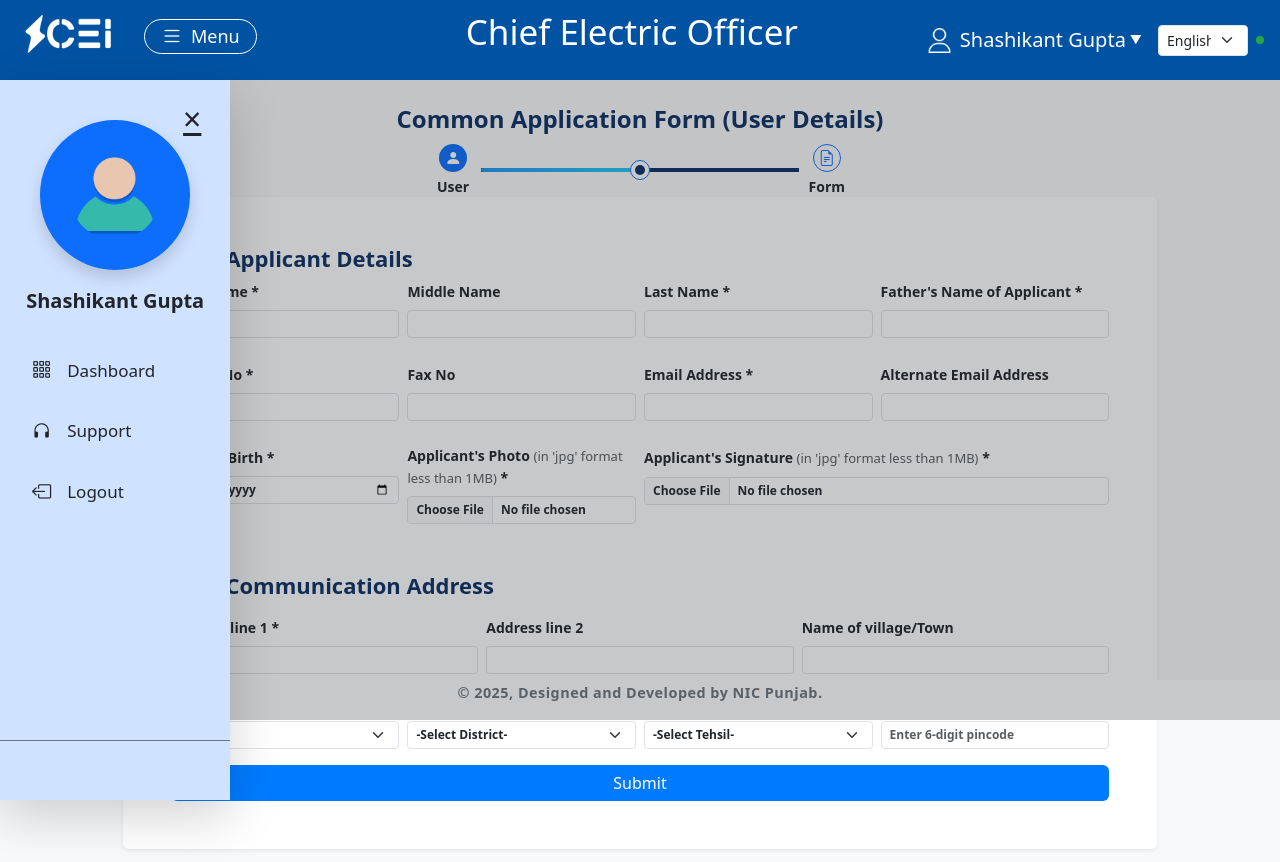
Repository: shashikantdev93-gif/CEI-sept
Page: /RegisterationForm, after clicking the first element matching `button.btn`
These files come from the project's save history. The page is drawn as it stood at one moment and after the next save; the edit follows.
The browser window is 1280 px wide. The pictures show the whole page.
The page's requests for data from a server got no answer. The project was rebuilt for these pictures with package versions that can differ from the ones it lists, and the page was loaded fresh each time. No one was signed in, and anything a server would have sent is missing. Also part of the build but not shown: vite.config.ts, src/components/PageComponent/Header2.tsx, src/components/PageComponent/PageHeader.tsx, src/components/Illustration/Illustration.tsx, src/components/CardContainer/CardContainer.tsx, src/hooks/useFormValidation.ts, src/hooks/useCaptcha.ts, src/hooks/useSignupValidation.ts and 6 more. Imported but missing from the stored project, and not drawn on this page: src/components/ui.

Above is the page before, as saved 2025-07-28 08:45:57.

### src/index.css
:root {
  font-family: Inter, -apple-system, BlinkMacSystemFont, "Segoe UI", Roboto, "Helvetica Neue", Arial, sans-serif, "Apple Color Emoji", "Segoe UI Emoji", "Segoe UI Symbol";
  line-height: 1.5;
  font-weight: 400;

  color-scheme: light dark;
  color: rgba(255, 255, 255, 0.87);
  background-color: #242424;

  font-synthesis: none;
  text-rendering: optimizeLegibility;
  -webkit-font-smoothing: antialiased;
  -moz-osx-font-smoothing: grayscale;
}

a {
  font-weight: 500;
  color: #646cff;
  text-decoration: inherit;
}
a:hover {
  color: #535bf2;
}

/* Global Reset */
*, *::before, *::after {
  margin: 0;
  padding: 0;
  box-sizing: border-box;
}

html, body {
  margin: 0;
  padding: 0;
  width: 100%;
  height: 100%;
}

body {
  margin: 0;
  padding: 0;
}

h1 {
  font-size: 3.2em;
  line-height: 1.1;
}

button {
  border-radius: 8px;
  border: 1px solid transparent;
  padding: 0.6em 1.2em;
  font-size: 1em;
  font-weight: 500;
  font-family: inherit;
  background-color: #1a1a1a;
  cursor: pointer;
  transition: border-color 0.25s;
}
button:hover {
  border-color: #646cff;
}
button:focus,
button:focus-visible {
  outline: 4px auto -webkit-focus-ring-color;
}

@media (prefers-color-scheme: light) {
  :root {
    color: #213547;
    background-color: #ffffff;
  }
  a:hover {
    color: #747bff;
  }
  button {
    background-color: #f9f9f9;
  }
}

### src/App.tsx
import Router from "./router/router";
import './App.css'
import './styles/main.css'
import "bootstrap-icons/font/bootstrap-icons.css";

function App() {

  return <Router />;

}

export default App

### src/router/router.tsx

import { BrowserRouter as Router, Routes, Route } from "react-router-dom";
import BaseLayout from "../layouts/BaseLayout";
import Login from "../pages/login/login";
import Signup from "../pages/signup/signup";
import Register from "../pages/register/register";


const RouterPage = () => (
  <Router>
    <Routes>
      <Route path="/" element={<Login />} />
      <Route path="/login" element={<Login />} />
      <Route path="/signup" element={<Signup />} />
      <Route
        path="/RegisterationForm"
        element={
          <BaseLayout headerType="Header1">
            <Register />
          </BaseLayout>
        }
      />
    </Routes>
  </Router>
);

export default RouterPage;

### src/App.css
#root {
  margin: 0;
  padding: 0;
  width: 100%;
  height: 100%;
}

.logo {
  height: 6em;
  padding: 1.5em;
  will-change: filter;
  transition: filter 300ms;
}
.logo:hover {
  filter: drop-shadow(0 0 2em #646cffaa);
}
.logo.react:hover {
  filter: drop-shadow(0 0 2em #61dafbaa);
}

@keyframes logo-spin {
  from {
    transform: rotate(0deg);
  }
  to {
    transform: rotate(360deg);
  }
}

@media (prefers-reduced-motion: no-preference) {
  a:nth-of-type(2) .logo {
    animation: logo-spin infinite 20s linear;
  }
}

.card {
  padding: 2em;
}

.read-the-docs {
  color: #888;
}

### src/layouts/BaseLayout.tsx
import React from 'react';
import Header1 from '../components/PageComponent/Header1';
import Header2 from '../components/PageComponent/Header2';

type HeaderType = 'Header1' | 'Header2' | 'none';

interface BaseLayoutProps {
  headerType?: HeaderType;
  children: React.ReactNode;
}

const BaseLayout: React.FC<BaseLayoutProps> = ({ headerType = 'Header1', children }) => {
  const headers: Record<Exclude<HeaderType, 'none'>, React.ReactElement> = {
    Header1: <Header1 />,
    Header2: <Header2 />,
  };

  return (
    <>
      {headerType !== 'none' && headers[headerType]}
      <main>{children}</main>
    </>
  );
};

export default BaseLayout;

### src/components/PageComponent/Header1.tsx
'use client';
import React, { useState, useRef, useEffect } from 'react';
import Sidebar from './Sidebar';
import { useAuth } from '../../hooks/useAuth';
import { ToastService } from '../../utils';
import Logo from '../Logo/Logo';

const user = {
  name: 'Shashikant Gupta',
  profileImg: '/assets/images/user-icon.png',
};

const Header1: React.FC = () => {
  const [sidebarOpen, setSidebarOpen] = useState(false);
  const [dropdownOpen, setDropdownOpen] = useState(false);
  const dropdownRef = useRef<HTMLDivElement>(null);
  const { logout } = useAuth();

  const handleLogout = async () => {
    try {
      await logout();
      ToastService.success('Logged out successfully!');
    } catch (error) {
      ToastService.error('Logout failed. Please try again.');
    }
  };

  useEffect(() => {
    function handleClickOutside(event: MouseEvent) {
      if (dropdownRef.current && !dropdownRef.current.contains(event.target as Node)) {
        setDropdownOpen(false);
      }
    }
    if (dropdownOpen) {
      document.addEventListener('mousedown', handleClickOutside);
    } else {
      document.removeEventListener('mousedown', handleClickOutside);
    }
    return () => {
      document.removeEventListener('mousedown', handleClickOutside);
    };
  }, [dropdownOpen]);

  return (
    <>
      {sidebarOpen && <Sidebar isOpen={sidebarOpen} onClose={() => setSidebarOpen(false)} onLogout={handleLogout} />}
      <header className="position-fixed top-0 w-100 d-flex align-items-center px-3" style={{ height: 80, backgroundColor: '#0052a3', zIndex: 1000 }}>

        {/* Left: Logo & Title */}
        <div className="d-flex align-items-center flex-grow-1">
          <div className="d-flex align-items-center justify-content-between mb-2" style={{ minWidth: '80px', width: '80px' }} >
              <div className="d-flex align-items-center">
                <div className="header-logo-box me-3" style={{ display: 'flex', alignItems: 'center', backgroundColor: '#0052a3', borderRadius: '8px',width: '80px',minWidth: '80px', height: '50px' }}>
                  <Logo title="" subtitle="" titleColor="#fff" subtitleColor="#fff" />
                </div>
              </div>

              <div style={{ width: '150px' }}></div> {/* Spacer to balance the layout */}
            </div>

          {/* Sidebar Icon */}
         <button
            className="btn d-flex align-items-center mb-2 gap-2 px-3 py-0 ms-5 border border-white rounded-pill bg-transparent text-white"
            style={{ fontWeight: 500, fontSize: 18, minWidth: 90}}
            onClick={() => setSidebarOpen(true)}
            aria-label="Open sidebar"
          >
            <i className="bi bi-list" style={{ fontSize: 22 }}></i>
            <span>Menu</span>
          </button>
        </div>

        {/* Center: Title */}
        <div className="flex-grow-1 ms-5">
             <div className="title-box me-3 ms-5 fw-bold" >
                  <h4 style={{ color: '#fff', fontSize: "35px", height: "50px", }}>Chief Electric Officer</h4>
                </div>
        </div>

        {/* Right: Profile & Language */}
        <div className="d-flex align-items-center gap-3">

          {/* Profile Info */}
          <div className="d-flex align-items-center position-relative" ref={dropdownRef} style={{ cursor: 'pointer' }} onClick={() => setDropdownOpen((v) => !v)}>
            <img
              src={user.profileImg}
              alt="Profile Icon"
              style={{
                width: 25,
                height: 25,
                objectFit: 'contain',
                filter: 'brightness(2) invert(1)'
              }}
              className="me-2"
            />
            <span className="text-white fw-medium" style={{ fontSize: 20 }}>
              {user.name}
            </span>
            <span className="ms-1 text-white" style={{ fontSize: 12 }}>▼</span>
            {dropdownOpen && (
              <div className="position-absolute end-0 mt-2 bg-white rounded shadow" style={{ minWidth: 160, zIndex: 100, top: '100%' }}>
                <div className="d-flex align-items-center gap-2 px-3 py-2 dropdown-item" style={{ cursor: 'pointer' }}>
                  <img src="/assets/images/view_pass.png" alt="Change Password" style={{ width: 20, height: 20, objectFit: 'contain' }} />
                  <span className="text-dark">Change Password</span>
                </div>
                <div className="d-flex align-items-center gap-2 px-3 py-2 dropdown-item" style={{ cursor: 'pointer' }} onClick={handleLogout}>
                  <img src="/assets/images/logout-icon.svg" alt="Logout" style={{ width: 18, height: 18, objectFit: 'contain' }} />
                  <span className="text-dark">Logout</span>
                </div>
              </div>
            )}
          </div>
          {/* Language & Status */}
          <div className="d-flex align-items-center gap-2">
            <select className="form-select form-select-sm" defaultValue="en" style={{ width: 90 }}>
              <option value="en">English</option>
              <option value="pn">ਪੰਜਾਬੀ</option>
            </select>
            <span style={{
              width: 8,
              height: 8,
              backgroundColor: '#28a745',
              borderRadius: '50%',
              display: 'inline-block'
            }}></span>
          </div>
        </div>
      </header>
    </>
  );
};

export default Header1;

### src/components/Logo/Logo.tsx
import React from "react";

interface LogoProps {
  title?: string;
  subtitle?: string;
  titleColor?: string;
}

const Logo: React.FC<LogoProps & { subtitleColor?: string }> = ({
  title = "Chief Electric ",
  subtitle = "Inspector",
  titleColor = "#0c3064",
  subtitleColor = "#0c3064",
}) => {
  return (
    <div className="mb-4 d-flex align-items-center">
      <img
        src="/assets/images/cei_logo.jpg"
        alt="Logo"
        style={{ height: "40px", width: "90px", marginTop: "20px", marginLeft: "8px" }}
      />
      <span className="fw-bold" style={{ fontSize: "27px", height: "30px", marginTop: "10px", marginLeft: "25px", color: titleColor, whiteSpace: "nowrap" }}>
        {title} <span style={{ color: subtitleColor }}>{subtitle}</span>
      </span>
    </div>
  );
};

export default Logo;

### src/components/Footer/Footer.tsx
import React from "react";

interface FooterProps {
  text?: string;
}

const Footer: React.FC<FooterProps> = ({
  text = "© 2025, Designed and Developed by NIC Punjab."
}) => {
  return (
    <div className="position-fixed bottom-0 w-100 text-center pb-3 bg-white" style={{ left: 0 }}>
      <span style={{ fontSize: '.9em', fontWeight: 800, color: '#6c757d', letterSpacing: '0.5px' }}>
        {text}
      </span>
    </div>
  );
};

export default Footer;

### src/components/PageComponent/Sidebar.tsx
"use client";
import '../../styles/sidebar-zoom.css';
import React from 'react';

interface SidebarProps {
  isOpen: boolean;
  onClose: () => void;
  onLogout: () => Promise<void>;
}

const user = {
  name: 'Shashikant Gupta',
  profileImg: '/assets/images/user-png-33857.png',
};

const Sidebar: React.FC<SidebarProps> = ({ isOpen, onClose, onLogout }) => {
  const handleLogoutClick = async () => {
    onClose();
    await onLogout();
  };

  return (
    <>
      {/* Overlay */}
      <div
        className={`position-fixed top-0 start-0 w-100 h-100 bg-dark bg-opacity-25 ${isOpen ? '' : 'd-none'}`}
        style={{ zIndex: 1000 }}
        onClick={onClose}
      ></div>

      {/* Sidebar */}
      <aside
        className={`position-fixed start-0 h-100 text-dark shadow-lg d-flex flex-column`}
        style={{
          top: '80px',
          height: 'calc(100vh - 80px)',
          width: '18vw',
          maxWidth: 320,
          backgroundColor: '#cfe2ff',
          transform: isOpen ? 'translateX(0)' : 'translateX(-100%)',
          transition: 'transform 0.3s',
          zIndex: 1001,
        }}
      >
        {/* Close Button */}
        <button
          className="btn btn-link text-dark fs-2 position-absolute top-0 end-0 mt-2 me-3"
          onClick={onClose}
          style={{ zIndex: 1002 }}
        >
          ×
        </button>

        {/* Profile Section */}
        <div className="d-flex flex-column align-items-center mt-3 py-4">
          <div className="rounded-circle bg-primary shadow d-flex align-items-center justify-content-center mb-2" style={{ width: 150, height: 150 }}>
            <img
              src={user.profileImg}
              alt="User Profile"
              width={90}
              height={90}
              className="rounded-circle"
              style={{ objectFit: 'cover', background: 'transparent' }}
            />
          </div>
          <div className="fw-semibold text-dark mt-2" style={{ fontSize: 20 }}>
            {user.name}
          </div>
        </div>

        {/* Menu Section */}
        <div className="flex-grow-1 px-3">
          {/* Dashboard */}
          <div className="d-flex align-items-center gap-3 px-3 py-3 rounded bg-transparent menu-item sidebar-zoom-text">
            <i className="bi bi-grid-3x3-gap" style={{ fontSize: '1.2rem' }}></i>
            <span className="fw-medium" style={{ fontSize: 17 }}>Dashboard</span>
          </div>

          {/* Support */}
          <div className="d-flex align-items-center gap-3 px-3 py-3 rounded bg-transparent menu-item sidebar-zoom-text">
            <i className="bi bi-headphones" style={{ fontSize: '1.2rem' }}></i>
            <span className="fw-medium" style={{ fontSize: 17 }}>Support</span>
          </div>

          {/* Logout */}
          <div
            className="d-flex align-items-center gap-3 px-3 py-3 rounded bg-transparent menu-item sidebar-zoom-text"
            style={{ cursor: 'pointer' }}
            onClick={handleLogoutClick}
          >
            <i className="bi bi-box-arrow-left" style={{ fontSize: '1.2rem' }}></i>
            <span className="fw-medium" style={{ fontSize: 17 }}>Logout</span>
          </div>
        </div>

        {/* Bottom Row */}
        <div className="d-flex align-items-center border-top border-secondary px-3" style={{ height: 60 }}>
          {/* Add any bottom content here */}
        </div>
      </aside>
    </>
  );
};

export default Sidebar;

### src/utils/index.ts
export { default as authService } from './authService';
export * from './validators';
export * from './navigation';

### src/styles/sidebar-zoom.css
/* Sidebar text zoom effect */
.sidebar-zoom-text {
  transition: transform 0.2s cubic-bezier(0.4,0,0.2,1);
  display: inline-block;
}
.sidebar-zoom-text:hover {
  transform: scale(1.15);
}

### src/lib/index.ts
export { default as encryptionService } from './encryptionService';
export { default as API_CONFIG } from './config';

### src/utils/validators.ts

export interface ValidationResult {
  isValid: boolean;
  error?: string;
}

export class FormValidators {

  static required(value: string): ValidationResult {
    if (!value || value.trim().length === 0) {
      return {
        isValid: false,
        error: 'This field is required',
      };
    }
    return { isValid: true };
  }

static minLength(value: string, min: number): ValidationResult {
    if (value.length < min) {
      return {
        isValid: false,
        error: `Minimum length is ${min} characters`,
      };
    }
    return { isValid: true };
  }

static maxLength(value: string, max: number): ValidationResult {
    if (value.length > max) {
      return {
        isValid: false,
        error: `Maximum length is ${max} characters`,
      };
    }
    return { isValid: true };
  }

static email(value: string): ValidationResult {
    const emailRegex = /^[^\s@]+@[^\s@]+\.[^\s@]+$/;
    if (!emailRegex.test(value)) {
      return {
        isValid: false,
        error: 'Please enter a valid email address',
      };
    }
    return { isValid: true };
  }

static noSpaces(value: string): ValidationResult {
    const hasSpace = /\s/.test(value);
    if (hasSpace) {
      return {
        isValid: false,
        error: 'Spaces are not allowed',
      };
    }
    return { isValid: true };
  }

static username(value: string): ValidationResult {
    const requiredCheck = this.required(value);
    if (!requiredCheck.isValid) return requiredCheck;

    const minLengthCheck = this.minLength(value, 3);
    if (!minLengthCheck.isValid) return minLengthCheck;

    return { isValid: true };
  }

static password(value: string): ValidationResult {
    const requiredCheck = this.required(value);
    if (!requiredCheck.isValid) return requiredCheck;

    const minLengthCheck = this.minLength(value, 6);
    if (!minLengthCheck.isValid) return minLengthCheck;

    return { isValid: true };
  }

static captcha(value: string): ValidationResult {
    const requiredCheck = this.required(value);
    if (!requiredCheck.isValid) return requiredCheck;

    const lengthCheck = this.minLength(value, 4);
    if (!lengthCheck.isValid) return lengthCheck;

    const maxLengthCheck = this.maxLength(value, 4);
    if (!maxLengthCheck.isValid) return maxLengthCheck;

    return { isValid: true };
  }
}

### src/utils/navigation.ts

import type{ RoleName } from '../types';
import toast from 'react-hot-toast';

export class NavigationService {

  static getDashboardRoute(roleName: RoleName): string {
    let route: string;

    switch (roleName) {
      case 'CONS':
        route = '/dashboard';
        break;
      case 'XEN':
      case 'SUPP':
      case 'SDO':
      case 'CEI':
      case 'SUPT':
      case 'NDOF':
      case 'CLRK':
        route = '/dashboard/officer-dashboard';
        break;
      case 'ADMN':
        route = '/dashboard/admin-dashboard';
        break;
      case 'LICS':
        route = '/dashboard/license-dashboard';
        break;
      default:
        route = '/dashboard';
        break;
    }

    return route;
  }

static checkUserProfileStatus(userProfileId: string, projectSiteId: string, roleName: RoleName): string | null {
    console.log('NavigationService.checkUserProfileStatus called with:');
    console.log('  - userProfileId:', userProfileId, 'type:', typeof userProfileId);
    console.log('  - projectSiteId:', projectSiteId, 'type:', typeof projectSiteId);
    console.log('  - roleName:', roleName);

    // Only redirect to registration form if userProfileId is "0"
    if (userProfileId === "0") {
      const route = '/CommonApplicationFormUserDetails';
      console.log('NavigationService - userProfileId is "0", returning registration route:', route);
      return route;
    }

    if (userProfileId !== "0" && projectSiteId === "0") {
      const route = '/CommonApplicationFormEstablished';
      console.log('NavigationService - userProfileId filled but projectSiteId is "0", returning established form route:', route);
      return route;
    }

    // For all other cases, return null to allow normal navigation
    console.log('NavigationService - userProfileId is not "0", allowing normal navigation');
    return null;
  }
}
export class ToastService {
  static success(message: string): void {
    toast.success(message, {
      duration: 3000,
      position: 'top-right',
    });
  }

  static error(message: string): void {
    toast.error(message, {
      duration: 4000,
      position: 'top-right',
    });
  }

  static warning(message: string): void {
    toast(message, {
      icon: '⚠️',
      duration: 3000,
      position: 'top-right',
    });
  }

  static info(message: string): void {
    toast(message, {
      icon: 'ℹ️',
      duration: 3000,
      position: 'top-right',
    });
  }
}

### src/lib/encryptionService.ts
import * as forge from 'node-forge';
import * as CryptoJS from 'crypto-js';

class EncryptionService {
  private publicKeyPem: string;
  private ki: string;
  private iv: string;

  constructor() {
    this.publicKeyPem = `-----BEGIN PUBLIC KEY-----
MIIBIjANBgkqhkiG9w0BAQEFAAOCAQ8AMIIBCgKCAQEAwjsOR/w7ExDCRyZyrGVW
xkiJDBaIoNHYABOnpctmmcKA+G0oEWsBhOsmI98Tsx6w47Bwokc43aulzyw2phiV
h0+lU+kno9mnrxzfRCJWwknK7tfkY2ZfkizyLJZQljqX4o7r14y5BAEMgUWiN3Xt
Vrs0fgyw954To+G/803gsaaodbr4CVUDOaLnWAn3mjSKLfU3cK9Bug59AObhcwsM
lVKA72JF2wC4IERMGgCbRjgISSjpLmaEmF8IOLfFneQY+8QDlu80ob7mA/JV74dD
vr7UlGZ+bwKx6rz7Mg7nWRUvgR5RKsZh/muyeVi4pBwuAlehblQ9FnjR6YM/4eB1
+QIDAQAB
-----END PUBLIC KEY-----`;

    this.ki = 'ruX(aPP4X1sL9LnvA2M^a$K17mKZS6LC';
    this.iv = 'VcHa4Mn*gUvDujnN';
  }

setForm(data: string): { encryptedData1: string, encryptedData2: string, encryptedData3: string } {
    const aesKey = forge.random.getBytesSync(32);
    const iv = forge.random.getBytesSync(16);
    const cipher = forge.cipher.createCipher('AES-CBC', aesKey);
    cipher.start({ iv: iv });
    cipher.update(forge.util.createBuffer(data, 'utf8'));
    cipher.finish();
    const encryptedData1 = forge.util.encode64(cipher.output.getBytes());
    const rsa = forge.pki.publicKeyFromPem(this.publicKeyPem);
    const encryptedData2 = forge.util.encode64(rsa.encrypt(aesKey, 'RSA-OAEP', { md: forge.md.sha256.create() }));
    const encryptedData3 = forge.util.encode64(iv);
    const result = { encryptedData1, encryptedData2, encryptedData3 };
    return result;
  }

set(value: string): string {
    const key = CryptoJS.enc.Utf8.parse(this.ki);
    const iv = CryptoJS.enc.Utf8.parse(this.iv);
    const encrypted = CryptoJS.AES.encrypt(
      CryptoJS.enc.Utf8.parse(value.toString()),
      key,
      {
        keySize: 128 / 8,
        iv: iv,
        mode: CryptoJS.mode.CBC,
        padding: CryptoJS.pad.Pkcs7,
      }
    );

    const result = encrypted.toString();
    return result;
  }

get(value: string): string {
    const key = CryptoJS.enc.Utf8.parse(this.ki);
    const iv = CryptoJS.enc.Utf8.parse(this.iv);
    const decrypted = CryptoJS.AES.decrypt(value, key, {
      keySize: 128 / 8,
      iv: iv,
      mode: CryptoJS.mode.CBC,
      padding: CryptoJS.pad.Pkcs7,
    });

    const result = decrypted.toString(CryptoJS.enc.Utf8);
    return result;
  }

decrypt(value: string): string {
    return this.get(value);
  }

encrypt(value: string): string {
    return this.set(value);
  }

debugEncryption = (value: string) => {
const encrypted = this.set(value);
console.log('🔐 [ENCRYPTION-DEBUG] Input:', value);
console.log('🔐 [ENCRYPTION-DEBUG] Output:', encrypted);
console.log('🔐 [ENCRYPTION-DEBUG] Output length:', encrypted.length);
console.log('🔐 [ENCRYPTION-DEBUG] Contains Base64 chars:', /[+/=]/.test(encrypted));
return encrypted;
};

}


const encryptionService = new EncryptionService();

export default encryptionService;

### src/lib/config.ts

const API_CONFIG = {
  BASE_URL: import.meta.env.VITE_API_URL || 'http://localhost:5143/api',

  ENDPOINTS: {
    AUTH: {
      LOGIN: '/Auth/Login',
      CAPTCHA: '/Auth/GetCaptchaImage',
      LOGOUT: '/Auth/Logout',
      REFRESH_TOKEN: '/Auth/RefreshToken',
    },
    USER: {
      PROFILE: '/User/Profile',
      UPDATE_PROFILE: '/User/UpdateProfile',
    },
  },

  TIMEOUT: 30000,

  DEFAULT_HEADERS: {
    'Content-Type': 'application/json',
    'Accept': 'application/json',
  },
};

export default API_CONFIG;

Loaded but not shown: index.html (common file); src/main.tsx (common file); src/pages/register/register.tsx (298 lines, source omitted); src/lib/interceptor.ts (340 lines, source omitted); src/hooks/useAuth.ts (214 lines, source omitted); src/styles/main.css (310 lines, source omitted); src/utils/authService.ts (191 lines, source omitted)

After the next save:
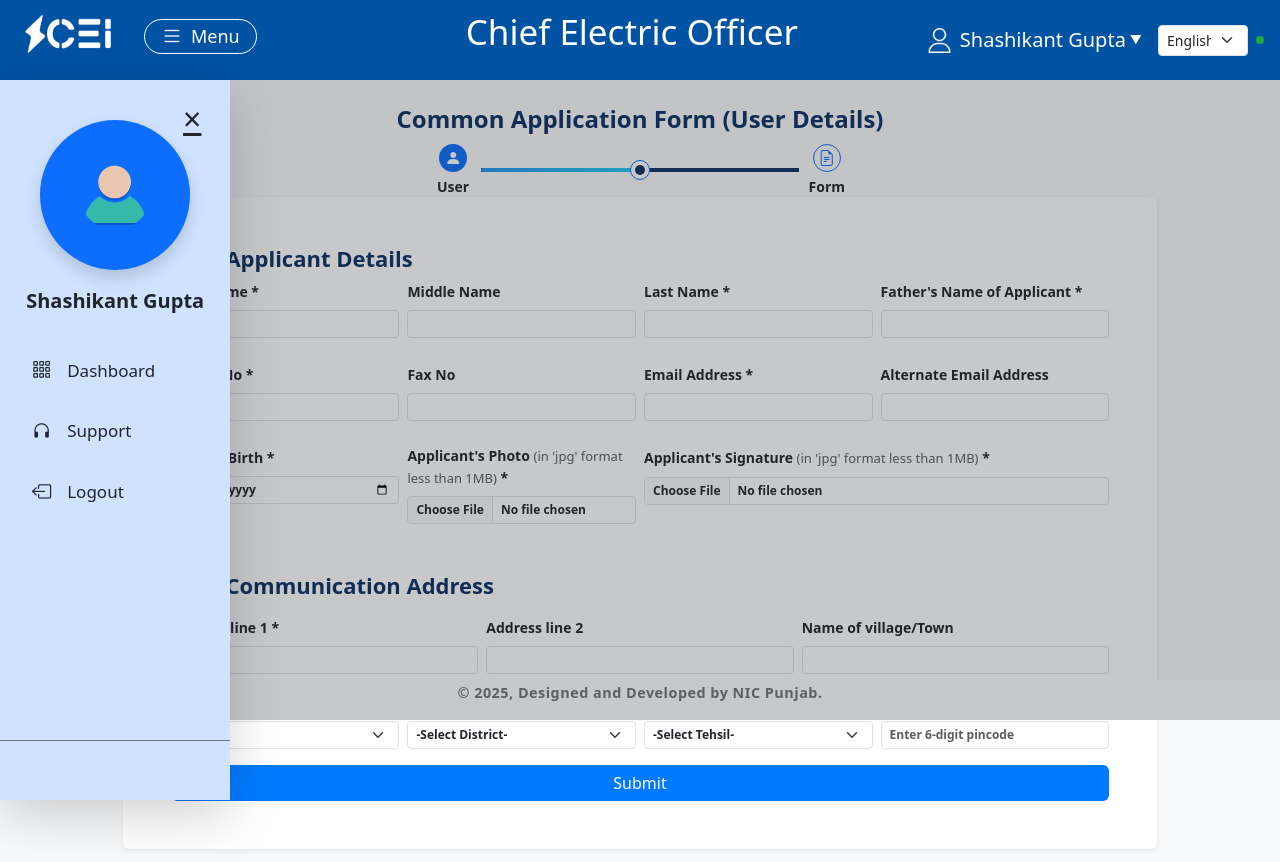
Saved 18 s later.
--- a/src/components/PageComponent/Sidebar.tsx
+++ b/src/components/PageComponent/Sidebar.tsx
@@ -57,8 +57,8 @@ const Sidebar: React.FC<SidebarProps> = ({ isOpen, onClose, onLogout }) => {
             <img
               src={user.profileImg}
               alt="User Profile"
-              width={90}
-              height={90}
+              width={70}
+              height={70}
               className="rounded-circle"
               style={{ objectFit: 'cover', background: 'transparent' }}
             />
